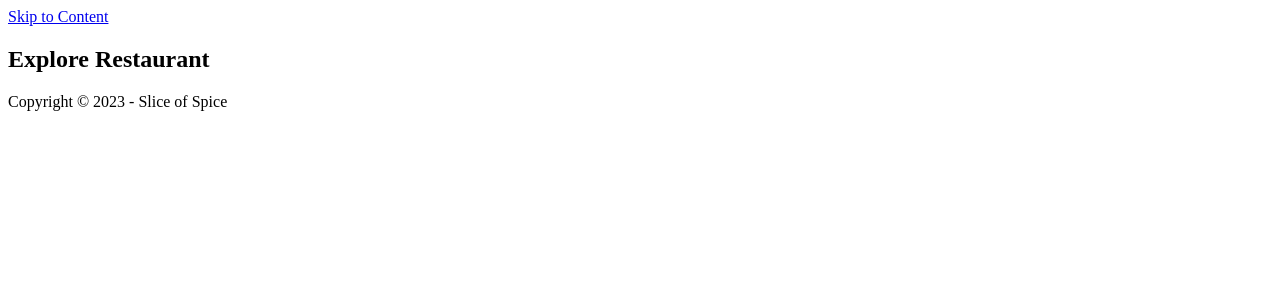
Repository: ismafitriaa/restaurant-apps
Page: src/templates/index.html
An editor plug-in stored every save of this project. The page is shown before and after the next save, followed by the edit.
The browser window is 1280 px wide. The pictures show the whole page.

Above is the page before, as saved 2023-06-03 04:23:38.

### src/templates/index.html
<!DOCTYPE html>
<html lang="en">

<head>
    <meta charset="UTF-8">
    <meta name="viewport" content="width=device-width, initial-scale=1.0">
    <meta name="description" content="Slice of Spice - A Taste Sensation" />
    <meta name="theme-color" content="#E2C275" />
    <link rel="apple-touch-icon" href="icons/icon-192x192.png" />
    <link rel="manifest" href="manifest.json" />
    <link rel="icon" href="favicon.png" />

    <!-- font awesome -->
    <link rel="stylesheet" href="https://cdnjs.cloudflare.com/ajax/libs/font-awesome/5.15.4/css/all.min.css" />

    <title>Slice of Spice</title>
</head>

<body>
    <a href="#content" class="skip-link">Skip to Content</a>
    <header>
    <app-bar></app-bar>
    </header>
    <main id="content" tabindex="0">
        <section class="content">
            <div class="latest">
                <h2><span class="title-content">Explore Restaurant</span></h2>
                <div class="posts">

                </div>
            </div>
        </section>
    </main>
    <footer>
        <p>Copyright &copy; 2023 - Slice of Spice</p>
    </footer>
</body>

</html>

After the next save:
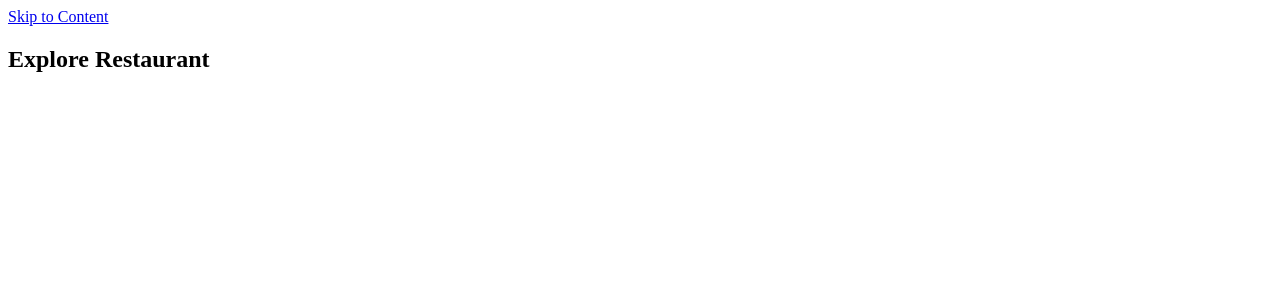
Saved 17 s later.
--- a/src/templates/index.html
+++ b/src/templates/index.html
@@ -31,9 +31,9 @@
             </div>
         </section>
     </main>
-    <footer>
-        <p>Copyright &copy; 2023 - Slice of Spice</p>
-    </footer>
+    <app-footer>
+
+    </app-footer>
 </body>
 
 </html>
